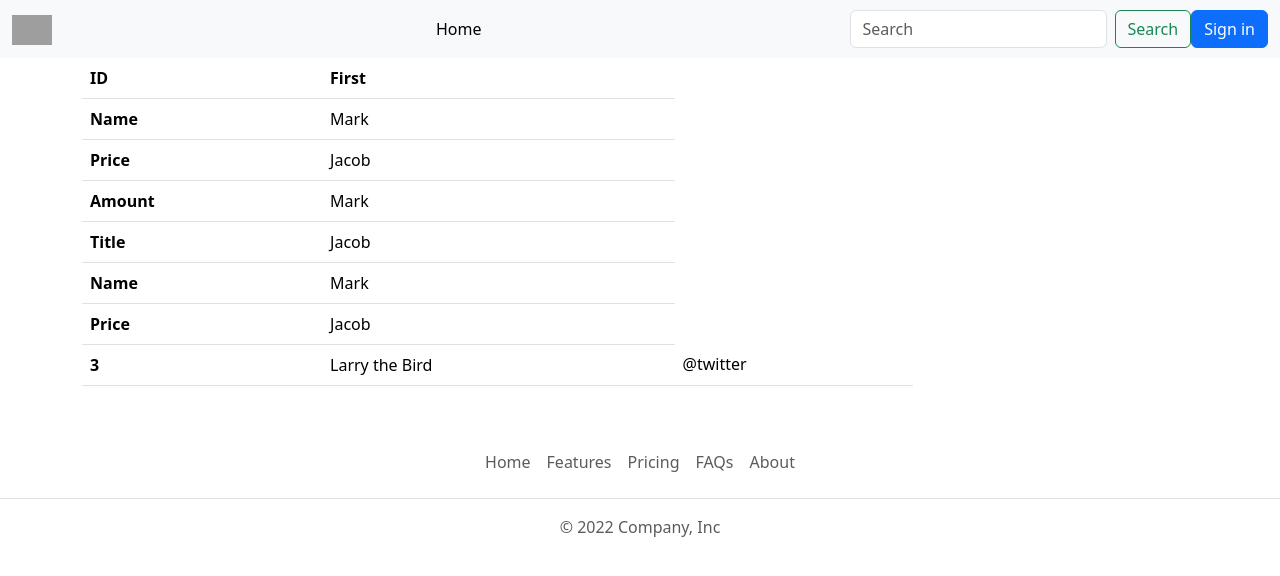
Repository: nguyenducviet22/my-project
Page: http://localhost/Test/manageProduct.jsp
An editor plug-in stored every save of this project. The page is shown before and after a run of saves, followed by the edit.
The browser window is 1280 px wide. The pictures show the whole page.
Pictures or frames that could not be fetched are drawn as grey boxes. The page is served by Tomcat 9. Nobody is signed in. The application's start-up code is not run. Other server files are loaded and not shown. The template is opened directly, without the code that normally fills it, so the values that code supplies are empty.

Above is the page before, as saved 2023-03-16 12:41:41.

### Test/src/main/webapp/manageProduct.jsp
<%@ page language="java" contentType="text/html; charset=UTF-8"
	pageEncoding="UTF-8"%>
<%@ taglib prefix="c" uri="http://java.sun.com/jsp/jstl/core"%>
<!DOCTYPE html>
<html>
<head>
<meta charset="UTF-8">
<title>Manage Products</title>
<link
	href="https://cdn.jsdelivr.net/npm/bootstrap@5.3.0-alpha1/dist/css/bootstrap.min.css"
	rel="stylesheet"
	integrity="sha384-GLhlTQ8iRABdZLl6O3oVMWSktQOp6b7In1Zl3/Jr59b6EGGoI1aFkw7cmDA6j6gD"
	crossorigin="anonymous">
<script
	src="https://cdn.jsdelivr.net/npm/@popperjs/core@2.11.6/dist/umd/popper.min.js"
	integrity="sha384-oBqDVmMz9ATKxIep9tiCxS/Z9fNfEXiDAYTujMAeBAsjFuCZSmKbSSUnQlmh/jp3"
	crossorigin="anonymous"></script>
<script
	src="https://cdn.jsdelivr.net/npm/bootstrap@5.3.0-alpha1/dist/js/bootstrap.min.js"
	integrity="sha384-mQ93GR66B00ZXjt0YO5KlohRA5SY2XofN4zfuZxLkoj1gXtW8ANNCe9d5Y3eG5eD"
	crossorigin="anonymous"></script>
</head>
<body>
	<!-- Narvar -->
	<%@include file="header.jsp"%>
	<!-- End Narvar -->
	<!-- Page content -->
	<div class="container">
		<div class="row">
			<div class="col-lg-9">
				<!-- Product -->
				<table class="table">
					<thead>
						<tr>
							<th scope="col">ID</th>
							<th scope="col">First</th>
						</tr>
					</thead>
					<tbody>
						<tr>
							<th scope="row">Name</th>
							<td>Mark</td>
						</tr>
						<tr>
							<th scope="row">Price</th>
							<td>Jacob</td>
						</tr>
						<tr>
							<th scope="row">Amount</th>
							<td>Mark</td>
						</tr>
						<tr>
							<th scope="row">Title</th>
							<td>Jacob</td>
						</tr>
						<tr>
							<th scope="row">Name</th>
							<td>Mark</td>
						</tr>
						<tr>
							<th scope="row">Price</th>
							<td>Jacob</td>
						</tr>
						<tr>
							<th scope="row">3</th>
							<td colspan="2">Larry the Bird</td>
							<td>@twitter</td>
						</tr>
					</tbody>
				</table>
				<c:forEach items="${list }" var="p">
					<div class="col-lg-4 col-md-6 md-4">
						<div class="card h-100" style="width: 18rem;">
							<img src="${p.image }" class="card-img-top" alt="${p.name }">
							<div class="card-body">
								<p class="card-text">Id ${p.id }</p>
								<h5 class="card-title">
									<a href="detail?pid=${p.id}">${p.name }</a>
								</h5>
								<p class="card-text">${p.price }</p>
								<p class="card-text">${p.title }</p>
								<p class="card-text">${p.description }</p>
								<a href="#" class="btn btn-primary">Delete</a>
							</div>
						</div>
					</div>
				</c:forEach>
				<!-- End Product -->
			</div>
		</div>
	</div>
	<!-- Footer -->
	<%@include file="footer.jsp"%>
	<!-- End Footer -->
</body>
</html>

### Test/src/main/webapp/header.jsp
<%@ page language="java" contentType="text/html; charset=UTF-8"
	pageEncoding="UTF-8"%>
<%@ taglib prefix="c" uri="http://java.sun.com/jsp/jstl/core"%>
<!-- Narvar -->
<nav class="navbar navbar-expand-lg bg-body-tertiary">
	<div class="container-fluid">
		<a class="navbar-brand" href="#"> <img alt="Fashion"
			src="https://tse4.mm.bing.net/th?id=OIP.ZbP3SFRdKs9-9OwxsS1ymQHaHa&pid=Api&P=0"
			style="width: 10%">
		</a>
		<button class="navbar-toggler" type="button" data-bs-toggle="collapse"
			data-bs-target="#navbarSupportedContent"
			aria-controls="navbarSupportedContent" aria-expanded="false"
			aria-label="Toggle navigation">
			<span class="navbar-toggler-icon"></span>
		</button>
		<div class="collapse navbar-collapse" id="navbarSupportedContent">
			<ul class="navbar-nav me-auto mb-2 mb-lg-0">
				<li class="nav-item"><a class="nav-link active"
					aria-current="page" href="home">Home</a></li>
				<c:if test="${account.isAdmin == 1 }">
					<li class="nav-item"><a class="nav-link active"
						aria-current="page" href="#">Admin</a></li>
				</c:if>
				<c:if test="${account.isSell == 1 }">
					<li class="nav-item"><a class="nav-link active"
						aria-current="page" href="seller">Seller</a></li>
				</c:if>
			</ul>
			<form action="search" method="post" class="d-flex" role="search">
				<input class="form-control me-2" type="search" placeholder="Search"
					aria-label="Search" name="txt" value="${searchValue}">
				<button class="btn btn-outline-success" type="submit">Search</button>
				<c:if test="${account == null }">
					<a class="btn btn-primary" style="white-space: nowrap;"
						href="signIn.jsp">Sign in</a>
				</c:if>
				<c:if test="${account != null }">
					<div class="form-control ml-1">
						<!-- Dropdown -->
						<ul class="navbar-nav me-auto mb-2 mb-lg-0">
							<li class="nav-item dropdown dropstart"><a
								class="nav-link dropdown-toggle" href="#" role="button"
								data-bs-toggle="dropdown" aria-expanded="false">${account.username }'s
									account</a>
								<ul class="dropdown-menu">
									<li><a class="dropdown-item" href="#">My cart</a></li>
									<li><a class="dropdown-item" href="#">Notification</a></li>
									<li><a class="dropdown-item" href="changeInfo.jsp">Info</a></li>
									<li><a class="dropdown-item" href="changePassword.jsp">Change
											password</a></li>
									<li><hr class="dropdown-divider"></li>
									<li><a class="dropdown-item"
										href="account-controller?act=sign-out&">Sign out</a></li>
								</ul></li>
						</ul>
					</div>
				</c:if>
			</form>
		</div>
	</div>
</nav>
<!-- End Narvar -->

### Test/src/main/webapp/footer.jsp
<%@ page language="java" contentType="text/html; charset=UTF-8"
	pageEncoding="UTF-8"%>
<!-- Footer -->
<footer class="py-3 my-4">
	<ul class="nav justify-content-center border-bottom pb-3 mb-3">
		<li class="nav-item"><a href="#" class="nav-link px-2 text-muted">Home</a></li>
		<li class="nav-item"><a href="#" class="nav-link px-2 text-muted">Features</a></li>
		<li class="nav-item"><a href="#" class="nav-link px-2 text-muted">Pricing</a></li>
		<li class="nav-item"><a href="#" class="nav-link px-2 text-muted">FAQs</a></li>
		<li class="nav-item"><a href="#" class="nav-link px-2 text-muted">About</a></li>
	</ul>
	<p class="text-center text-muted">© 2022 Company, Inc</p>
</footer>
<!-- End Footer -->

After the next 2 saves:
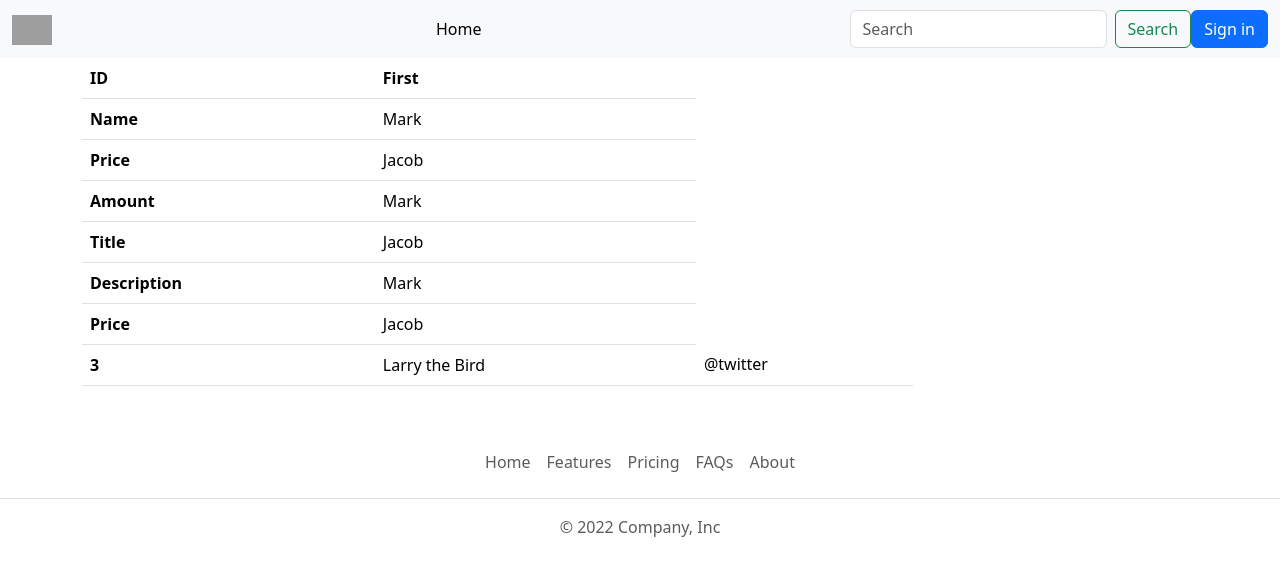
The 2 saves are shown as one change because they came seconds apart.
The last was saved 15 s later.
--- a/Test/src/main/webapp/manageProduct.jsp
+++ b/Test/src/main/webapp/manageProduct.jsp
@@ -54,7 +54,7 @@
 							<td>Jacob</td>
 						</tr>
 						<tr>
-							<th scope="row">Name</th>
+							<th scope="row">Description</th>
 							<td>Mark</td>
 						</tr>
 						<tr>
